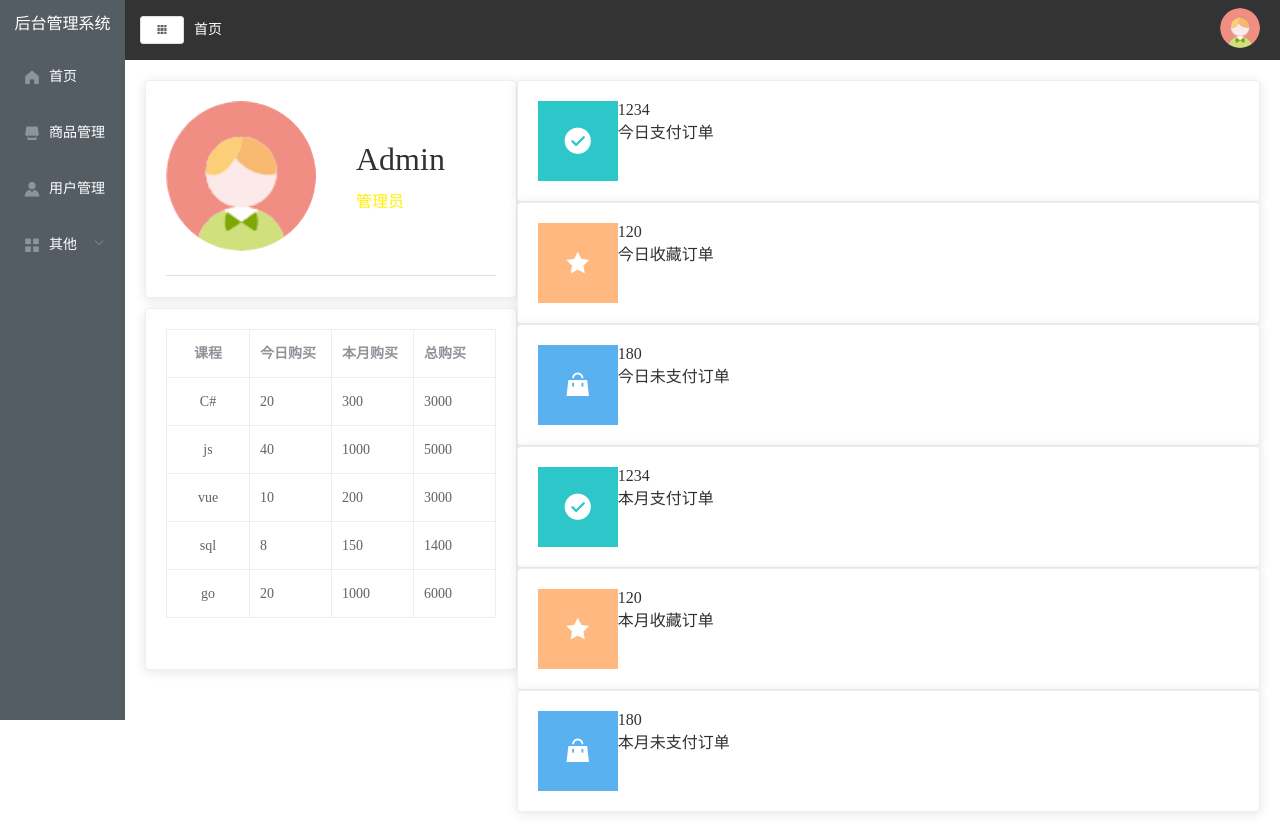
Repository: tkqi/manage
Page: /
The author's editor kept a copy of each file at every save. The page is drawn from the files as they stood at one save, then again after the next save.
The browser window is 1280 px wide. The pictures show the whole page.
The project was rebuilt for these pictures with package versions that can differ from the ones it lists, and the page was loaded fresh each time. Also part of the build but not shown: vue.config.js.

Above is the page before, as saved 2023-12-06 11:09:23.

After the next save:
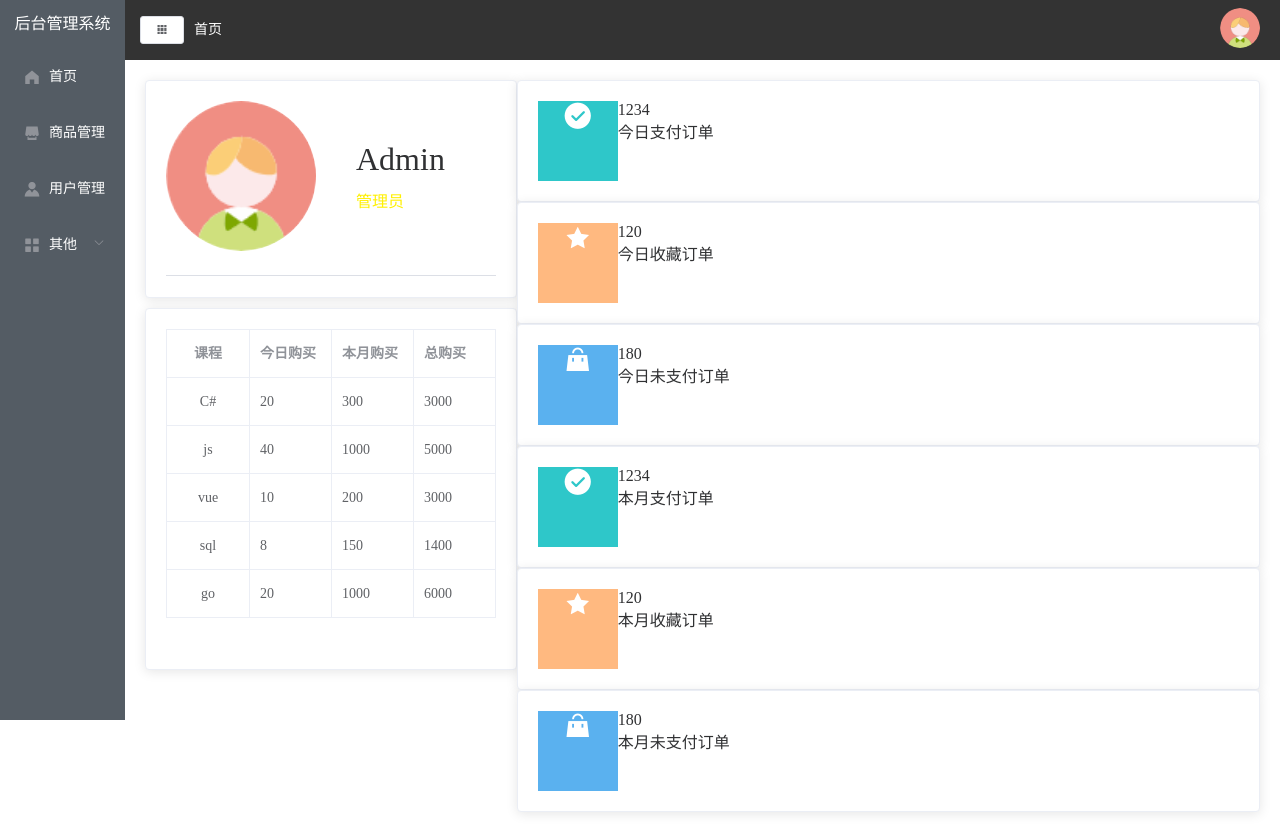
Saved 5 s later.
--- a/src/views/Home.vue
+++ b/src/views/Home.vue
@@ -180,6 +180,6 @@
     font-size: 30px;
     color: #fff;
     text-align: center;
-    line-height: 80px;
+    // line-height: 80px;
 }
 </style>

After the save that followed:
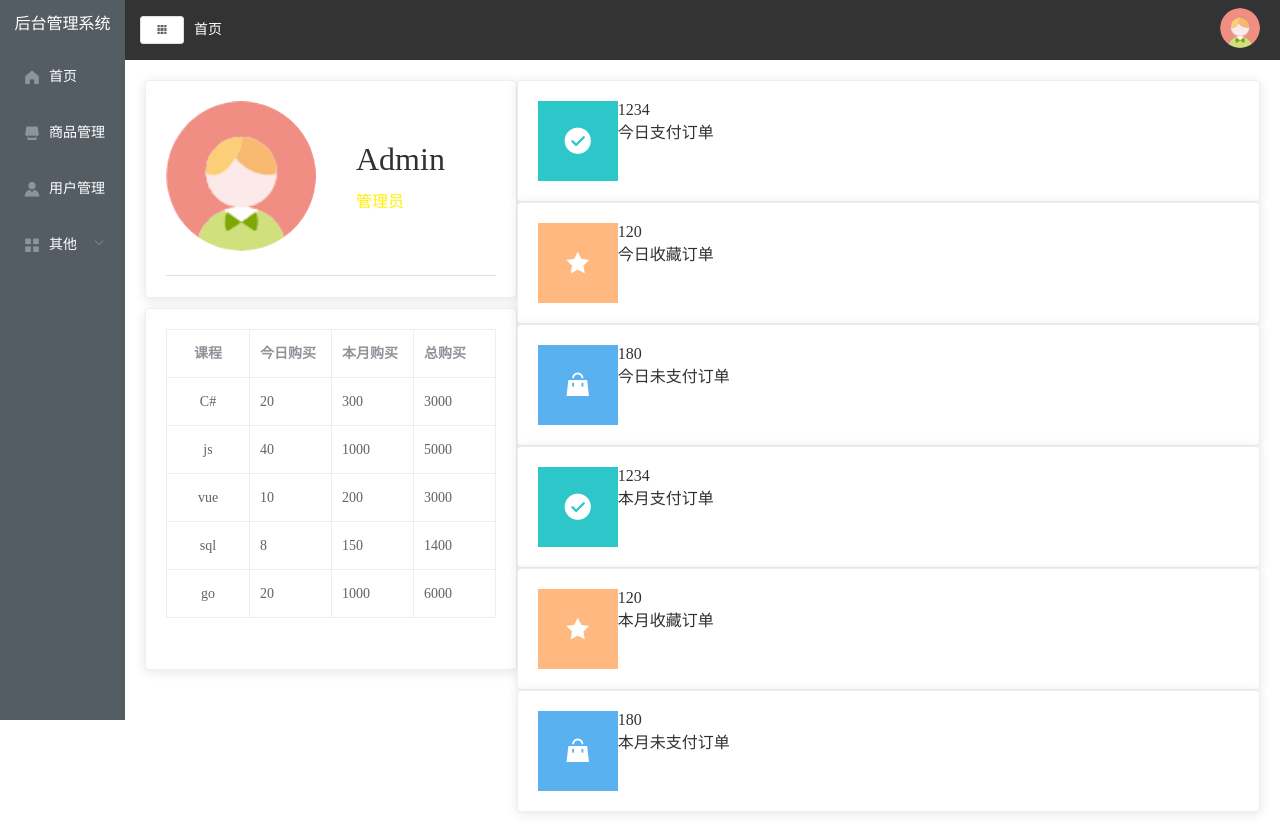
Saved 5 s later.
--- a/src/views/Home.vue
+++ b/src/views/Home.vue
@@ -180,6 +180,6 @@
     font-size: 30px;
     color: #fff;
     text-align: center;
-    // line-height: 80px;
+    line-height: 80px;
 }
 </style>
